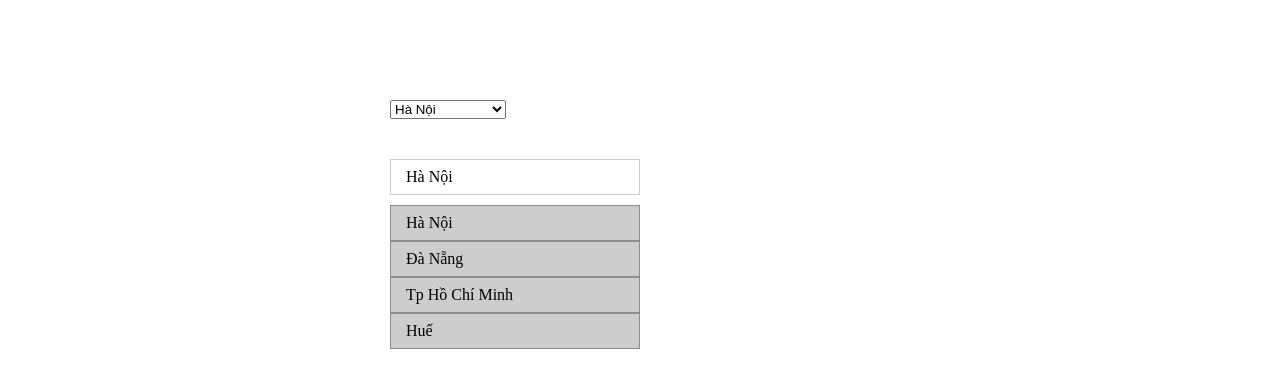
Repository: khanhbinh87/learnJs
Page: customSelect/index.html
An editor plug-in stored every save of this project. The page is shown before and after the next save, followed by the edit.
The browser window is 1280 px wide. The pictures show the whole page.

Above is the page before, as saved 2021-06-16 14:13:04.

After the next save:
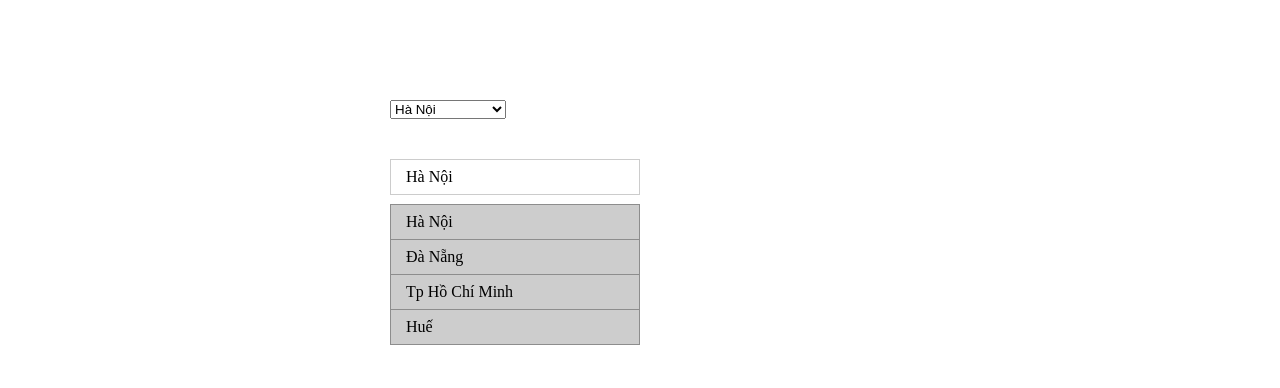
Saved 19 s later.
--- a/customSelect/style.css
+++ b/customSelect/style.css
@@ -32,5 +32,5 @@ body{
     padding: 8px 15px;
     background-color: #cdcdcd;
     border:1px solid #8d8d8d;
-    border-top:-1px
+    margin-top: -1px;
 }
